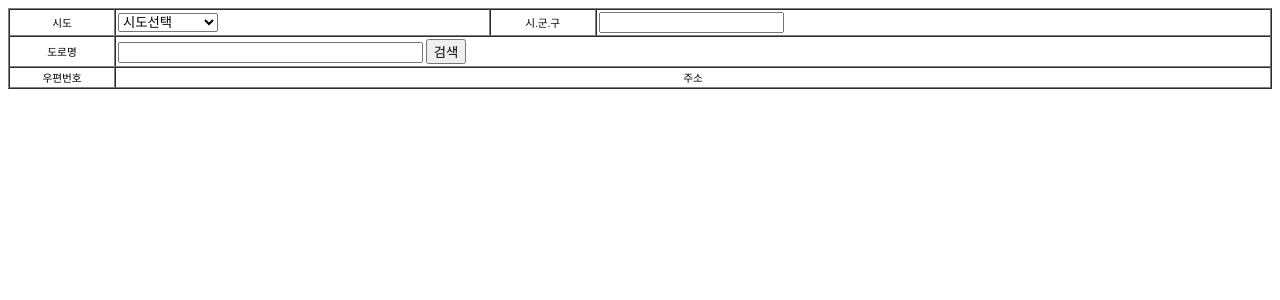
Repository: keepsus/gaebokchi
Page: http://localhost/uzuslime/member/memberCheckPost.jsp
The author's editor kept a copy of each file at every save. The page is drawn from the files as they stood at one save, then again after the next save.
The browser window is 1280 px wide. The pictures show the whole page.
The page is served by Tomcat 9. Nobody is signed in. The application's start-up code is not run.

Above is the page before, as saved 2021-02-12 11:37:18.

After the next save:
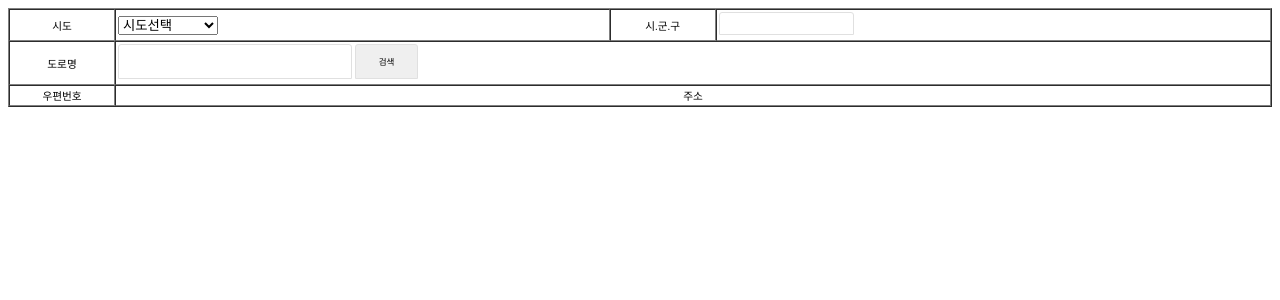
Saved 3 min 20 s later.
--- a/uzuslime/src/main/webapp/member/memberCheckPost.jsp
+++ b/uzuslime/src/main/webapp/member/memberCheckPost.jsp
@@ -6,8 +6,9 @@
 <html>
 <head>
 <meta charset="UTF-8">
-<title>Insert title here</title>
+<title>우편번호 검색</title>
 <link rel="stylesheet" href="../css/member.css">
+  <link rel="stylesheet" href="/slime/css/memberCheckPost.css">
 </head>
 <body>
 <form id="memberCheckPostForm">
